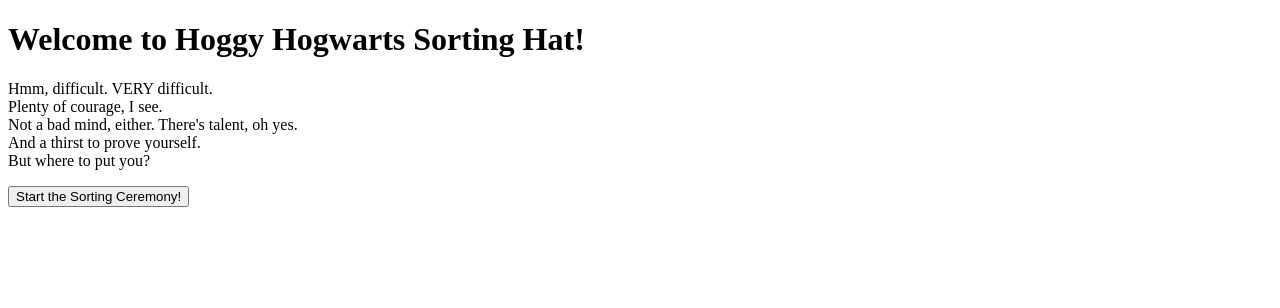
Repository: jgramirez0210/LAB-error-clean-up
Page: /
An editor plug-in stored every save of this project. The page is shown before and after the next save, followed by the edit.
The browser window is 1280 px wide. The pictures show the whole page.
The project was rebuilt for these pictures with package versions that can differ from the ones it lists, and the page was loaded fresh each time. Also part of the build but not shown: webpack.config.js.

Above is the page before, as saved 2023-11-14 20:00:47.

### public/main.js
// import '../styles/main.scss'; // You have to import your styles for them to work. Comment in this line
import houses from '../utils/sample_data/houses';

const students = [];
const voldysArmy = []; // starts as an empty array

// Create a new ID for the students
const createId = (array) => {
  if (array.length) {
    const idArray = array.map((el) => el.id);
    return Math.max(...idArray) + 1;
  }
  return 0;
};
// ********** HTML Components  ********** //
const renderToDOM = (divId, content) => {
  const selectedDiv = document.querySelector(divId);
  selectedDiv.innerHTML = content;
};
// the basic HMTL structure of app
const htmlStructure = () => {
  const domString = `
    <div id="header-container" class="header mb-3"></div>
    <div id="form-container" class="container mb-3 text-center"></div>
    <div id="filter-container" class="container mb-3"></div>
    <div id="student-container" class="container d-flex"></div>
    `;

  renderToDOM('#app', domString);
};

const header = () => {
  const domString = `<div class="container">
    <h1>Welcome to Hoggy Hogwarts Sorting Hat!</h1>
    <p>
      Hmm, difficult. VERY difficult. <br />Plenty of courage, I see.
      <br />Not a bad mind, either. There's talent, oh yes. <br />And a
      thirst to prove yourself. <br />But where to put you?
    </p>
  </div>`;

  renderToDOM('#header-container', domString);
};

const startSortingBtn = () => {
  const domString = '<button type="button" class="btn btn-info" id="start-sorting">Start the Sorting Ceremony!</button>';

  renderToDOM('#form-container', domString);
};

const studentAreas = () => {
  const domString = `<div id="students">No Students</div>
  <div id="voldy">No Death Eaters</div>`;

  renderToDOM('#student-container', domString);
};

const studentsOnDom = (divId, array, house = 'Hogwarts') => {
  let domString = '';
  if (!array.length) {
    domString += `NO ${house.toUpperCase()} STUDENTS`;
  }

  array.forEach((student) => {
    domString += `
    <div class="card bg-dark text-white">
      <img src="${
  divId === '#voldy'
    ? 'https://carboncostume.com/wordpress/wp-content/uploads/2019/10/deatheater-harrypotter.jpg' : student.crest}"
          class="card-img" alt="${student.house} crest">
      <div class="card-img-overlay">
        <h5 class="card-title">${student.name}</h5>
        ${
  divId === '#voldy'
    ? '<p class="card-text">Death Eater</p>'
    : ` <p class="card-text">${student.house}</p>
          <button type="button" id="expel--${student.id}" class="btn btn-danger btn-sm">Expel</button>`
}
      </div>
    </div>
    `;
  });
  renderToDOM(divId, domString);
};

const filterBtnRow = () => {
  const domString = `<div class="btn-group" role="group" aria-label="Basic example">
      <button type="button" id="filter--hufflepuff" class="btn btn-warning btn-sm">Hufflepuff</button>
      <button type="button" class="btn btn-primary btn-sm" id="filter--ravenclaw">Ravenclaw</button>
      <button type="button" class="btn btn-success btn-sm" id="filter--slytherin">Slytherin</button>
      <button type="button" class="btn btn-danger btn-sm" id="filter--gryffindor">Gryffindor</button>
      <button type="button" class="btn btn-secondary btn-sm" id="filter--all">All</button>
    </div>`;

  renderToDOM('#filter-container', domString);
};

// ********** LOGIC  ********** //
// sorts student to a house and then place them in the students array
const sortStudent = (e) => {
  e.preventDefault();
  const sortingHat = houses[Math.floor(Math.random() * houses.length)];

  if (e.target.id === 'sorting') {
    const student = document.querySelector('#student-name');

    // create the new student object
    students.push({
      id: createId(students),
      name: student.value,
      house: sortingHat.house,
      crest: sortingHat.crest
    });

    student.value = ''; // reset value of input
    studentsOnDom('#students', students);
  }
};

// add form to DOM on start-sorting click.
// Add events for form after the form is on the DOM
const form = () => {
  const domString = `<form id="sorting" class="d-flex flex-column form-floating ">
    <input
    type="text"
    class="form-control mb-1"
    id="student-name"
    placeholder="Enter a name"
    required
  />
  <label for="floatingInputValue">Name to be sorted</label>
<button type="submit" class="btn btn-success">Get Sorted!</button>
</form>`;

  renderToDOM('#form-container', domString);

  // has to be put on the DOM after form is on DOM, not before
  // on form submit, sort student
  document.querySelector('#sorting').addEventListener('submit', sortStudent);
};

const events = () => {
  // get form on the DOM on button click
  document.querySelector('#start-sorting').addEventListener('click', () => {
    // put html elements on the DOM on click
    form(); // form
    filterBtnRow(); // filter buttons
    studentAreas(); // students and voldy's army divs
  });

  // target expel buttons to move to voldys army
  document
    .querySelector('#student-container')
    .addEventListener('click', (e) => {
      if (e.target.id.includes('expel')) {
        const [, id] = e.target.id.split('--');
        const index = students.findIndex((student) => student.id === Number(id));

        // move from one array to another
        voldysArmy.push(...students.splice(index, 1));
        // get both sets of students on the DOM
        studentsOnDom('#students', students);
        studentsOnDom('#voldy', voldysArmy);
      }
    });

  // target filter buttons on Dom
  document.querySelector('#filter-container').addEventListener('click', (e) => {
    if (e.target.id.includes('filter')) {
      const [, house] = e.target.id.split('--');
      if (house === 'all') {
        studentsOnDom('#students', students);
      } else if (house) {
        const filter = students.filter((student) => student.house === house);
        studentsOnDom('#students', filter, house);
      }
    }
  });
};
const startApp = () => {
  htmlStructure(); // always load first
  header();
  startSortingBtn();
  events(); // always load last
};
startApp();

### utils/sample_data/houses.js
const houses = [
  {
    house: 'gryffindor',
    crest:
      'https://static.wikia.nocookie.net/pottermore/images/1/16/Gryffindor_crest.png'
  },
  {
    house: 'slytherin',
    crest:
      'https://static.wikia.nocookie.net/pottermore/images/4/45/Slytherin_Crest.png'
  },
  {
    house: 'hufflepuff',
    crest:
      'https://static.wikia.nocookie.net/pottermore/images/5/5e/Hufflepuff_crest.png'
  },
  {
    house: 'ravenclaw',
    crest:
      'https://static.wikia.nocookie.net/pottermore/images/4/4f/Ravenclaw_crest.png'
  }
];

export default houses;

### styles/main.scss
// In order for bootstrap to work, you need to import it like below
// uncomment the import statements and refresh the DOM to see!
// @import "~@fortawesome/fontawesome-free/css/all.min.css";
// @import "~bootstrap/scss/bootstrap";

body {
  background-color: rgb(31, 31, 31);
  color: rgb(194, 194, 194);
}

.header {
  padding: 20px;
  min-height: 200px;
  color: rgb(194, 194, 194);
  background-color: rgb(44, 44, 44);
  text-align: center;

}

#students {
  width: 50%;
  border: 1px solid green;
  padding: 10px;
  margin: 2px;
}

#voldy {
  width: 50%;
  border: 1px solid red;
  padding: 10px;
  margin: 2px;
}

.card {
  margin: 3px;
  width: 45%;
  display: inline-block;
}

.card-img-overlay {
  display: flex;
  flex-direction: column;
  justify-content: center;
  text-align: center;
}

.card-img-overlay::after {
  content: "";
  position: absolute;
  top: 0;
  left: 0;
  width: 100%;
  height: 100%;
  overflow: hidden;
  background-image: radial-gradient(#2B1F47, #001022);
  opacity: .7;
  z-index: 1;
}

.card-img-overlay > * {
  z-index: 100;
}

#filter-container {
  text-align: center;
}

.btn-group {
  text-align: center;
}

@media only screen and (max-width: 600px) {
  .card,
  #voldy,
  #students {
    width: 100% !important;
  }

  .container {
    flex-direction: column;
  }
}

Loaded but not shown: public/index.html (common file)

After the next save:
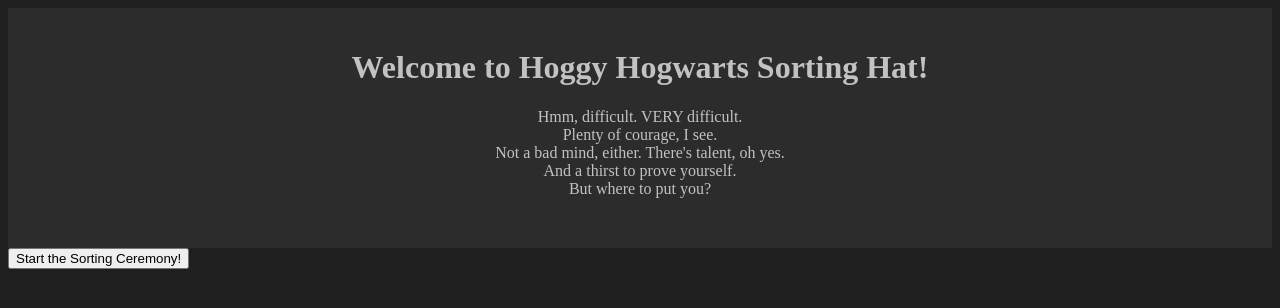
Saved 9 s later.
--- a/public/main.js
+++ b/public/main.js
@@ -1,4 +1,4 @@
-// import '../styles/main.scss'; // You have to import your styles for them to work. Comment in this line
+import '../styles/main.scss'; // You have to import your styles for them to work. Comment in this line
 import houses from '../utils/sample_data/houses';
 
 const students = [];
